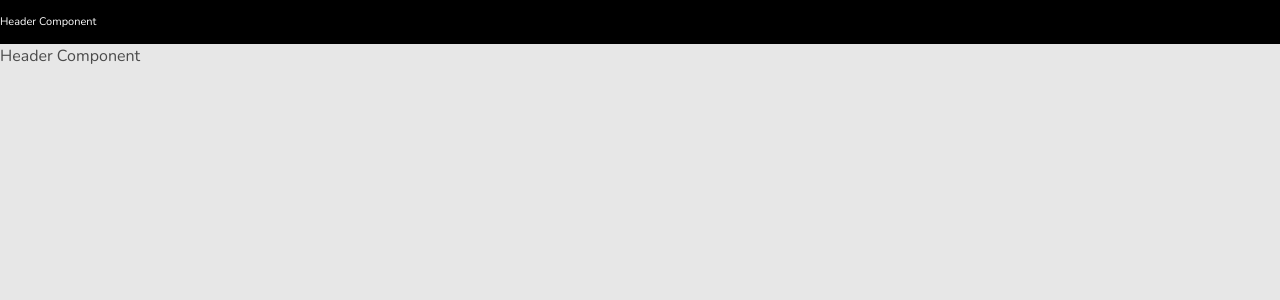
Repository: DraxZh/sneaker_shopping
Page: /
The author's editor kept a copy of each file at every save. The page is drawn from the files as they stood at one save, then again after the next save.
The browser window is 1280 px wide. The pictures show the whole page.
The project was rebuilt for these pictures with package versions that can differ from the ones it lists, and the page was loaded fresh each time.

Above is the page before, as saved 2021-11-30 16:03:54.

### public/index.html
<!DOCTYPE html>
<html lang="en">
<head>
    <meta charset="UTF-8">
    <meta http-equiv="X-UA-Compatible" content="IE=edge">
    <meta name="viewport" content="width=device-width, initial-scale=1.0">
    <title>Sneaker Shopping</title>
    <link rel="stylesheet" href="https://cdn.jsdelivr.net/npm/bulma@0.9.3/css/bulma.min.css">
</head>
<body>
    <div id="root"></div>
</body>
</html>

### src/index.js
import React from 'react';
import ReactDom from 'react-dom';
import App from './components/App';
import './css/app.scss';
import './css/style.scss';

ReactDom.render(<App/>, document.getElementById('root'));

### src/components/App.js
import React from 'react';
import Header from './Header';
import Products from './Products';

class App extends React.Component{
    render(){
        return(
            <div className="main">
                <Header/>
                <Products/>
            </div>
        )
    }
}

export default App;

### src/css/app.scss
@charset 'utf-8';

@import url('https://fonts.googleapis.com/css?family=Nunito:400,700');
$purple: #5400f0;
$pink: #ff506d;
$dark: rgb(43, 43, 43);
$beige-lighter: rgb(231, 231, 231);

//update global variable
$family-sans-serif: 'Nunito', sans-serif;
$primary: $purple;
$link: $pink;
$body-background-color:$beige-lighter;

@import '../../node_modules/bulma/bulma.sass';

### src/css/style.scss
// ------ Navbar component -----
body {
  overflow: hidden;
}
// ------------ Header component --------
.header {
  background-color: rgba(0, 0, 0, 1);
  width: 100%;
  height: 44px;
  color: #fff;
  font-size: 11px;
  line-height: 44px;
  .grid {
    max-width: 1100px;
    margin: auto;
    display: flex;
    justify-content: space-between;
    align-items: center;
    & a {
      display: inline-block;
      color: #fff;
      padding: 0 8px;
      transition: all 0.2s;
      text-transform: uppercase;
      font-size: 13px;
      &:hover {
        color: #ddd;
      }
    }
    .nickname {
      padding-left: 0.4rem;
      font-size: 13px;
      cursor: pointer;
      &:hover {
        color: #ddd;
      }
      i {
        margin-right: 4px;
      }
    }
  }
}

// ------------- NotFound Component -------------

.not-found {
  display: flex;
  justify-content: center;
  align-items: center;
  height: 100vh;
  font-size: 1.6rem;
  font-weight: 900;
}
// ------------- ToolBox Component -------------
.tool-box {
  max-width: 1100px;
  margin: auto;
  border-bottom: 3px solid #333;
  padding: 2rem 0.2rem 1.5rem 0.2rem;
  display: flex;
  justify-content: space-between;
  align-items: center;
  .logo-text {
    font-size: 2rem;
    color: #333;
    font-weight: 600;
    text-transform: uppercase;
  }
  .search-box {
    .search-input {
      width: 600px;
      outline: 0;
    }
  }
  .cart-box {
    cursor: pointer;
    display: inline-block;
    color: #333;
    font-size: 1.2rem;
    .cart-num {
      margin-left: 4px;
    }
  }
}

// --------- Panel component ------------
.panel-wrapper {
  position: relative;
  z-index: 99;
  .panel {
    transition: all 0.3s ease-in-out;
    transform: translateX(25rem);
  }
  &.active {
    .over-layer {
      display: block;
    }
    .panel {
      transform: translateX(0);
    }
  }
}

.over-layer {
  display: none;
  position: fixed;
  top: 0;
  bottom: 0;
  left: 0;
  right: 0;
  background: rgba(0, 0, 0, 0.4);
  z-index: 9;
}
.panel {
  width: 25rem;
  position: fixed;
  top: 0;
  bottom: 0;
  right: 0;
  background: #fff;
  box-shadow: -3px 0 3px rgba(0, 0, 0, 0.04);
  transform: translateX(25rem);
  transition: all 0.3s ease-in-out;
  z-index: 99;
  .head {
    padding: 0.5rem;
    text-align: right;
    .close {
      font-size: 24px;
      font-weight: 600;
      color: #333;
      cursor: pointer;
      line-height: 1;
      margin-right: 4px;
    }
  }
}

// ------- products component ---------

.products {
  max-width: 1100px;
  margin: auto;
  padding: 1.4rem 0;
  .add-btn {
    position: fixed;
    right: 0;
    top: 10rem;
    z-index: 99;
  }
}

.product-fade-enter {
  opacity: 0.1;
}
.product-fade-enter-active {
  opacity: 1;
  transition: all 0.3s ease-in;
}

.product-fade-exit {
  opacity: 1;
}
.product-fade-exit-active {
  opacity: 0.1;
  transition: all 0.3s ease-in;
}

// -------- product component -------

.product {
  width: 265px;
  background: #fff;
  padding: 1.5rem;
  .p-head {
    height: 1.2rem;
    .edit-btn {
      cursor: pointer;
      color: rgb(216, 215, 215);
    }
  }
  .p-content {
    .img-wrapper {
      position: relative;
      .out-stock-text {
        position: absolute;
        top: 0;
        bottom: 0;
        right: 0;
        left: 0;
        background: rgba(255, 255, 255, 0.85);
        display: flex;
        justify-content: center;
        align-items: center;
        color: rgb(199, 84, 18);
        z-index: -1;
        font-weight: 800;
        font-size: 16px;
        text-transform: uppercase;
      }
      img {
        max-width: 100%;
        height: auto;
      }
    }
    .p-tags {
      margin-top: 0.5rem;
      color: rgb(165, 165, 165);
      font-size: 13px;
      padding: 8px 0;
      height: 2rem;
      overflow: hidden;
      text-overflow: ellipsis;
      white-space: nowrap;
    }
    .p-name {
      font-size: 14px;
      color: #333;
      font-weight: 500;
      display: -webkit-box !important;
      overflow: hidden;
      text-overflow: ellipsis;
      word-break: break-all;
      -webkit-box-orient: vertical;
      -webkit-line-clamp: 2;
      height: 2.5rem;
      &:hover {
        color: rgb(38, 99, 190);
      }
    }
  }
  .p-footer {
    display: flex;
    justify-content: space-between;
    align-items: center;
    margin-top: 8px;
    .price {
      color: #333;
      font-weight: 600;
      // &::before {
      //   content: '￥';
      //   font-size: 12px;
      // }
    }
    .add-cart {
      outline: none;
      border: none;
      padding: 0;
      background-color: #eee;
      width: 2rem;
      height: 2rem;
      border-radius: 50%;
      color: rgb(143, 140, 140);
      cursor: pointer;
      transition: all 0.2s;
      &:hover {
        background-color: #333;
        color: #fff;
      }
      &:active {
        background-color: rgb(10, 88, 133);
        color: #fff;
      }
      i {
        transform: translateX(-8%);
      }
      i:last-child {
        display: none;
      }
      &:disabled {
        cursor: not-allowed;
        background-color: #f9f9f9;
        color: rgb(199, 84, 18);
      }
      &:disabled > i:first-child {
        display: none;
      }
      &:disabled > i:last-child {
        display: inline !important;
      }
    }
  }
}
.out-stock {
  .out-stock-text {
    z-index: 1 !important;
  }
}

// ------------ cart component --------
.cart-page {
  max-width: 1100px;
  margin: auto;
  margin-top: 1rem;
  padding: 1rem;
  .cart-title {
    color: #333;
    font-weight: 500;
    font-size: 18px;
    border-bottom: 2px solid #333;
  }
  .cart-list {
    margin-top: 2rem;
    padding: 0rem 1rem;
    background: #fff;
    color: #333;
    .close {
      font-weight: 800;
      display: block;
      padding: 0 8px;
      cursor: pointer;
    }
    .cart-name {
      width: 400px;
      overflow: hidden;
      text-overflow: ellipsis;
      white-space: nowrap;
    }
    .num-input {
      border: 2px solid rgb(212, 210, 210);
      border-radius: 0;
      width: 100px;
      font-size: 14px;
    }
    .price {
      font-weight: 600;
      // &::before {
      //   content: '￥';
      //   font-size: 12px;
      //   margin-right: 2px;
      // }
    }
    .sum-price {
      font-weight: 600;
      color: rgb(214, 111, 111);
      // &::before {
      //   content: '￥';
      //   font-size: 12px;
      //   margin-right: 2px;
      // }
    }
    & td {
      vertical-align: middle;
    }
  }
  .no-cart {
    padding: 1.5rem;
    background: #fff;
    text-align: center;
    margin-top: 1.5rem;
  }
  .cart-total {
    margin-top: 1.5rem;
    text-align: right;
    color: #333;
    .total-price {
      margin-left: 8px;
      font-size: 20px;
      font-weight: 600;
      color: rgb(214, 111, 111);
      // &::before {
      //   content: '￥';
      //   font-size: 16px;
      // }
    }
  }
}
.cart-item-enter {
  opacity: 0.1;
  transition: all 0.3s ease-in;
}
.cart-item-enter.cart-item-enter-active {
  opacity: 1;
}
.cart-item-exit {
  opacity: 1;
  transition: all 0.3s ease-in;
}
.cart-item-exit.cart-item-exit-active {
  opacity: 0.1;
}

// ---------- Inventory Component --------
.inventory {
  padding: 1rem 2rem;
}

// ----------- User Profile Components -------
.user-profile {
  padding: 1rem 2rem;
}

// --------- Login Page --------------
.login-wrapper {
  display: flex;
  justify-content: center;
  align-items: center;
  height: 100vh;
  .login-box {
    width: 350px;
    padding: 1.5rem 1.5rem 2rem 1.5rem;
  }
}

// --------- response ----------------
@media screen and (max-width: 768px) {
  .product {
    width: 100%;
  }
  .panel {
    width: 100%;
  }
  .products {
    padding: 0;
  }
  .tool-box {
    padding: 1.5rem 1rem;
  }
  .tool-box > .search-box {
    display: none;
  }
  .cart-name {
    width: auto !important;
    white-space: normal !important;
  }
  .login-box {
    width: 100%;
  }
}

### src/components/Header.js
import React from 'react';

class Header extends React.Component{
    render(){
        return(
            <div className="header">
                <p>Header Component</p>
            </div>
        )
    }
}

export default Header;

### src/components/Products.js
import React from 'react';

class Products extends React.Component{
    render(){
        return(
            <div className="main">
                <p>Header Component</p>
            </div>
        )
    }
}

export default Products;

After the next save:
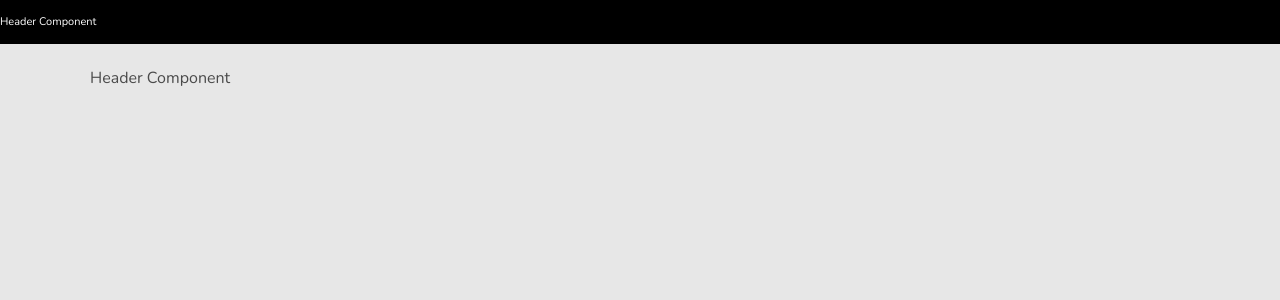
Saved 15 s later.
--- a/src/components/Products.js
+++ b/src/components/Products.js
@@ -3,7 +3,7 @@
 class Products extends React.Component{
     render(){
         return(
-            <div className="main">
+            <div className="products">
                 <p>Header Component</p>
             </div>
         )
